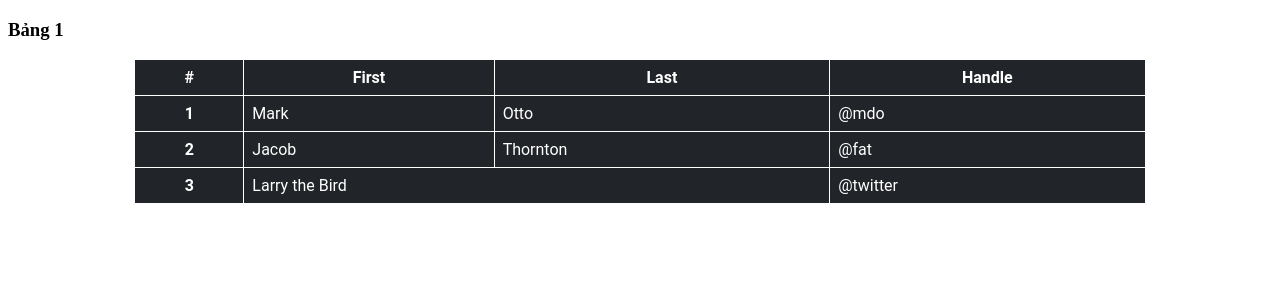
Repository: ThuatDev/BTVN_FE_JUNE
Page: index.html
The author's editor kept a copy of each file at every save. The page is drawn from the files as they stood at one save, then again after the next save.
The browser window is 1280 px wide. The pictures show the whole page.

Above is the page before, as saved 2023-08-02 15:21:48.

After the next save:
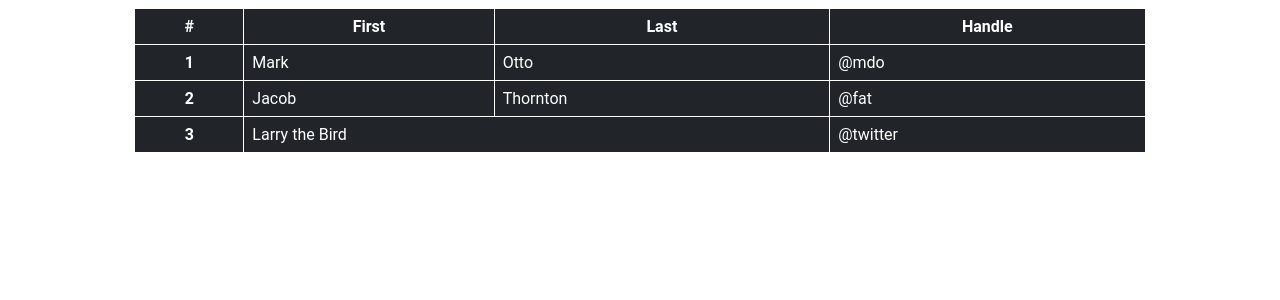
Saved 22 s later.
--- a/index.html
+++ b/index.html
@@ -69,7 +69,6 @@
     </style>
   </head>
   <body>
-    <h3>Bảng 1</h3>
     <div class="table-container">
       <table class="table text-white table-bordered bg-dark">
         <thead>
